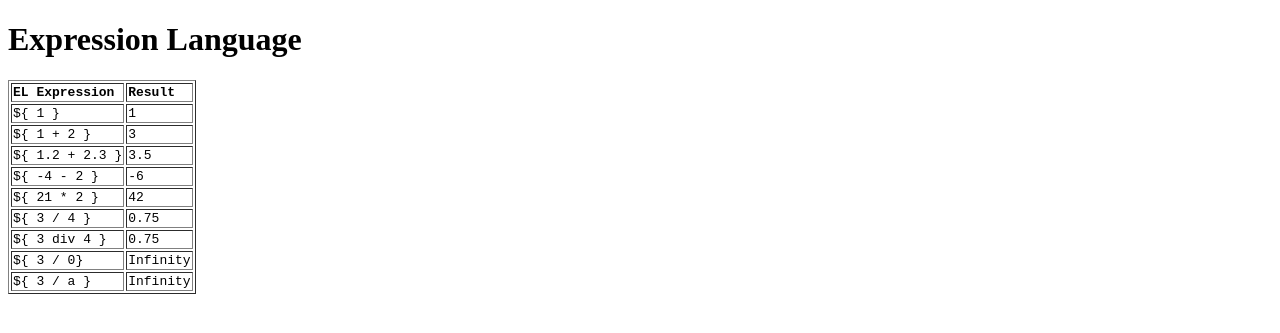
Repository: leedh909/Academy-web-
Page: http://localhost/Jsp07_EL_JSTL/basic-arithmetic.jsp
An editor plug-in stored every save of this project. The page is shown before and after the next save, followed by the edit.
The browser window is 1280 px wide. The pictures show the whole page.
The page is served by Tomcat 9.

Above is the page before, as saved 2020-07-06 01:07:04.

After the next save:
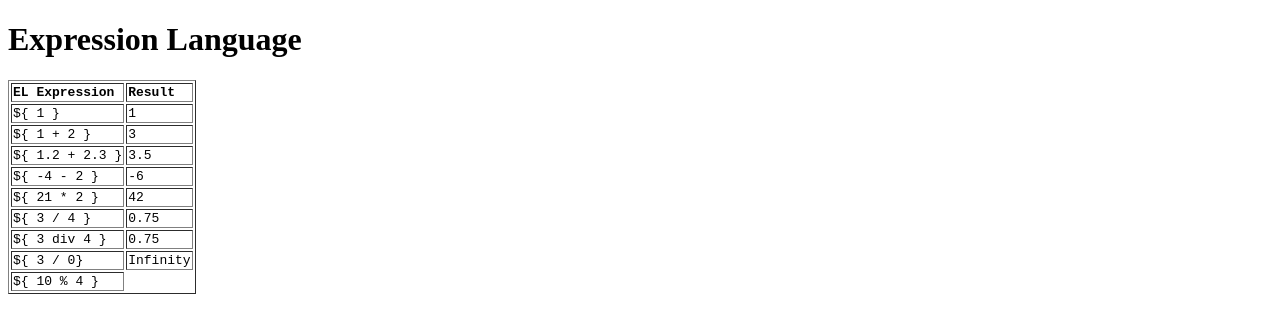
Saved 24 s later.
--- a/실습자료/eclipse-servlet/Jsp07_EL_JSTL/WebContent/basic-arithmetic.jsp
+++ b/실습자료/eclipse-servlet/Jsp07_EL_JSTL/WebContent/basic-arithmetic.jsp
@@ -51,8 +51,7 @@
 		  	<td>${ 3 / 0}</td>
 		  </tr>
 		  <tr>
-		  	<td>\${ 3 / a }</td>
-		  	<td>${ 3 / a }</td>
+		  	<td>\${ 10 % 4 }</td>
 		  </tr>
 
 		</table>
